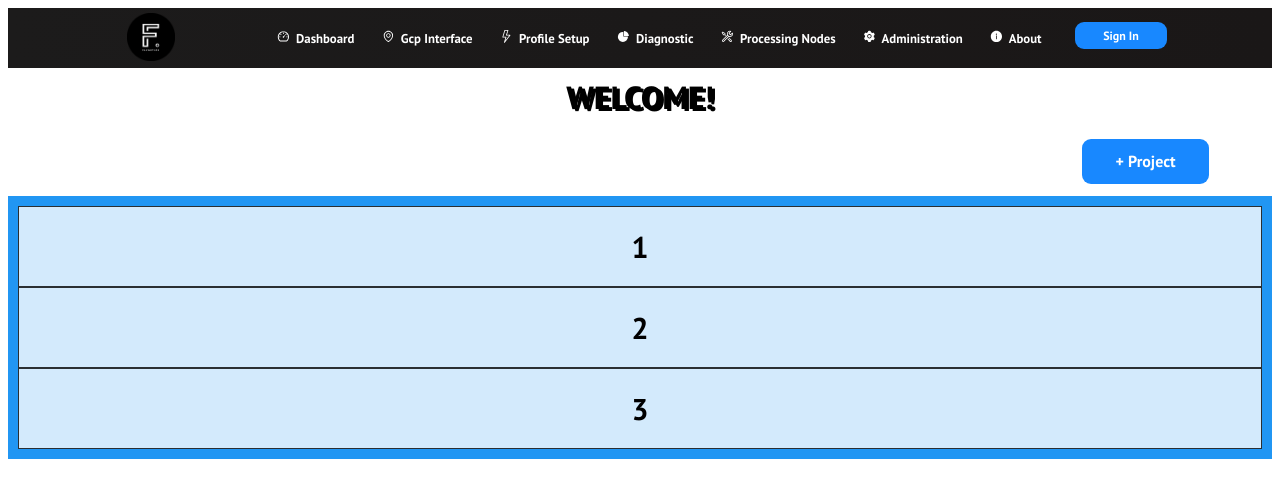
Repository: Akshaykumar1111/akki
Page: /Dashboard
These files come from the project's save history. The page is drawn as it stood at one moment and after the next save; the edit follows.
The browser window is 1280 px wide. The pictures show the whole page.
Some web libraries are served in a nearby version. The project was rebuilt for these pictures with package versions that can differ from the ones it lists, and the page was loaded fresh each time. Also part of the build but not shown: src/components/pages/Administration.css, src/components/pages/Administration.js, src/components/pages/Diagnostic.js, src/components/pages/ProfileSetup.js, src/components/pages/GcpInterface.js, src/components/pages/ProcessingNodes.js, src/components/pages/About.js, src/components/pages/Popup.css and 7 more.

Above is the page before, as saved 2022-10-20 12:40:14.

After the next save:
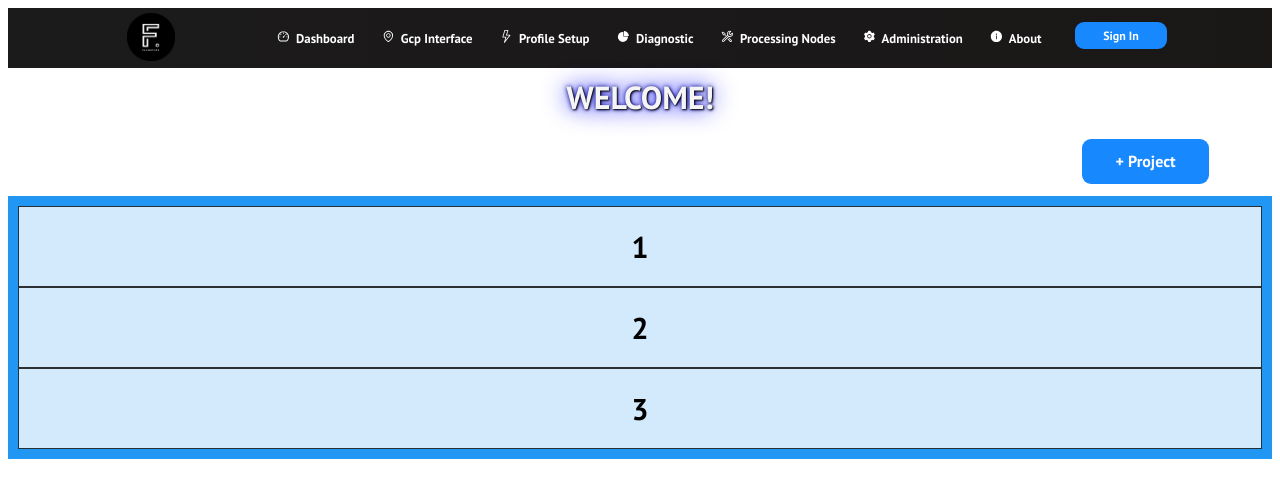
Saved 85 s later.
--- a/src/components/pages/Dashboard.css
+++ b/src/components/pages/Dashboard.css
@@ -18,7 +18,7 @@
   h1 {
     text-align: center;
     text-transform: uppercase;
-    color: black;
-    text-shadow: 3px 2px;
+    color: whitesmoke;
+    text-shadow: 1px 1px 2px black, 0 0 25px blue, 0 0 5px darkblue;
 
   }
